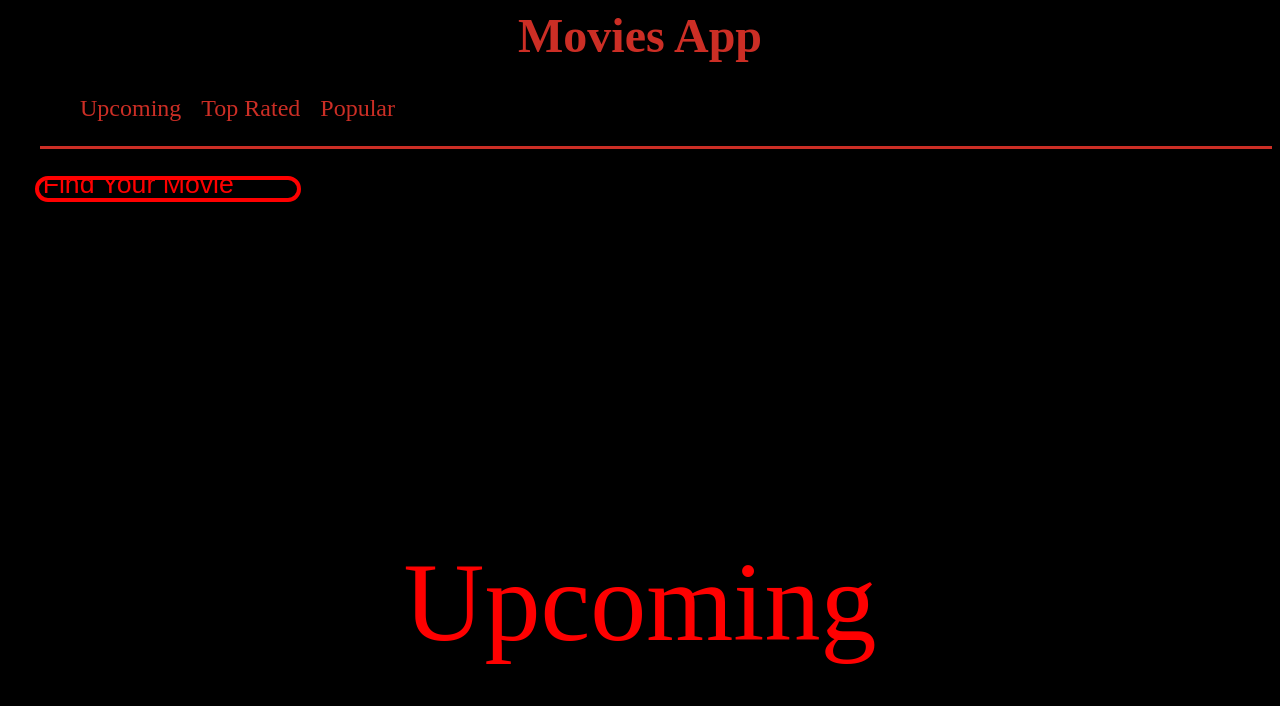
Repository: runner855/movie-app
Page: /
The author's editor kept a copy of each file at every save. The page is drawn from the files as they stood at one save, then again after the next save.
The browser window is 1280 px wide. The pictures show the whole page.
The project was rebuilt for these pictures with package versions that can differ from the ones it lists, and the page was loaded fresh each time. Also part of the build but not shown: src/styles/TopRated.css, src/components/TopRated.tsx, src/styles/Popular.css, src/api/MoviesCall.tsx, src/components/Popular.tsx.

Above is the page before, as saved 2022-11-16 18:52:08.

### src/index.tsx
import React from "react";
import ReactDOM from "react-dom/client";
import { BrowserRouter } from "react-router-dom";
import "./styles/index.css";
import { App } from "./components/App";

const root = ReactDOM.createRoot(
  document.getElementById("root") as HTMLElement
);
root.render(
  <React.StrictMode>
    <BrowserRouter>
      <App />
    </BrowserRouter>
  </React.StrictMode>
);

### src/styles/index.css
body {
  background-color: #000000;
}

code {
  font-family: source-code-pro, Menlo, Monaco, Consolas, "Courier New",
    monospace;
}

### src/components/App.tsx
import React from "react";
import "../styles/App.css";
import { BrowserRouter as Router, Routes, Route, Link } from "react-router-dom";

import { NavBar } from "../components/NavBar";
import { TopRated } from "../components/TopRated";
import { Upcoming } from "./Upcoming";
import { Popular } from "./Popular";
import { MoviesFilter } from "./MoviesFilter";

export const App = () => {
  return (
    <div className="App">
      <div className="title">Movies App</div>

      <NavBar />
      <MoviesFilter />

      <Routes>
        <Route path="/" element={<Upcoming />} />

        <Route path="/top-rated" element={<TopRated />} />
        <Route path="/popular" element={<Popular />} />
      </Routes>
    </div>
  );
};

### src/styles/App.css
.title {
  color: #cc2e25;
  text-align: center;
  font-weight: bold;
  font-size: 3em;
}

### src/components/NavBar.tsx
import * as React from "react";
import "../styles/NavBar.css";
import { Link } from "react-router-dom";

export const NavBar = () => {
  return (
    <header className="navbar">
      <nav>
        <ul>
          <li>
            <Link className="item" to="/">
              Upcoming
            </Link>
          </li>
          <li>
            <Link className="item" to="/top-rated">
              Top Rated
            </Link>
          </li>
          <li>
            <Link className="item" to="/popular">
              Popular
            </Link>
          </li>
        </ul>
      </nav>
    </header>
  );
};

### src/components/Upcoming.tsx
import React from "react";
import "../styles/Upcoming.css";

export const Upcoming = () => {
  return <div className="upcoming_page">Upcoming</div>;
};

### src/components/MoviesFilter.tsx
import React, { useState } from "react";
import "../styles/MoviesFilter.css";

export const MoviesFilter = () => {
  const [input, setInput] = useState<string>("");
  return (
    <div className="movie_search">
      <input
        className="search-input"
        type="search"
        onChange={(e) => setInput(e.target.value)}
        value={input}
        placeholder={"Find Your Movie"}
      />
    </div>
  );
};

### src/styles/NavBar.css
ul {
  text-align: left;
  list-style: none;
  font-size: 1.5em;
  display: flex;
}
ul li {
  margin-right: 20px;
  color: #cc2e25;
}

a {
  text-decoration: none;
}

a,
a:visited,
a:hover,
a:active {
  color: inherit;
}

.navbar {
  margin: 2em 0em 0em 2em;
}
a:hover {
  border-bottom: solid 3px #cc2e25;
}

.logo {
  font-weight: bold;
  font-size: 1.3em;
}

.navbar {
  border-bottom: #cc2e25 solid 0.2em;
}

### src/styles/Upcoming.css
.upcoming_page {
  color: red;
  text-align: center;
  margin-top: 3em;
  font-size: 7em;
}

### src/styles/MoviesFilter.css
.movie_search input {
  text-align: left;
  margin: 2em 0em 0em 2em;
}

input {
  border: solid red 0.3em;
  border-radius: 2em;
  background-color: #0000;
  width: 20em;
  height: 2em;
}

input::placeholder {
  color: red;
  font-size: 2em;
  padding: 2px;
}

input,
select,
textarea {
  color: #ff0000;
}

input:focus {
  outline: none !important;
}

Loaded but not shown: public/index.html (common file)

After the next save:
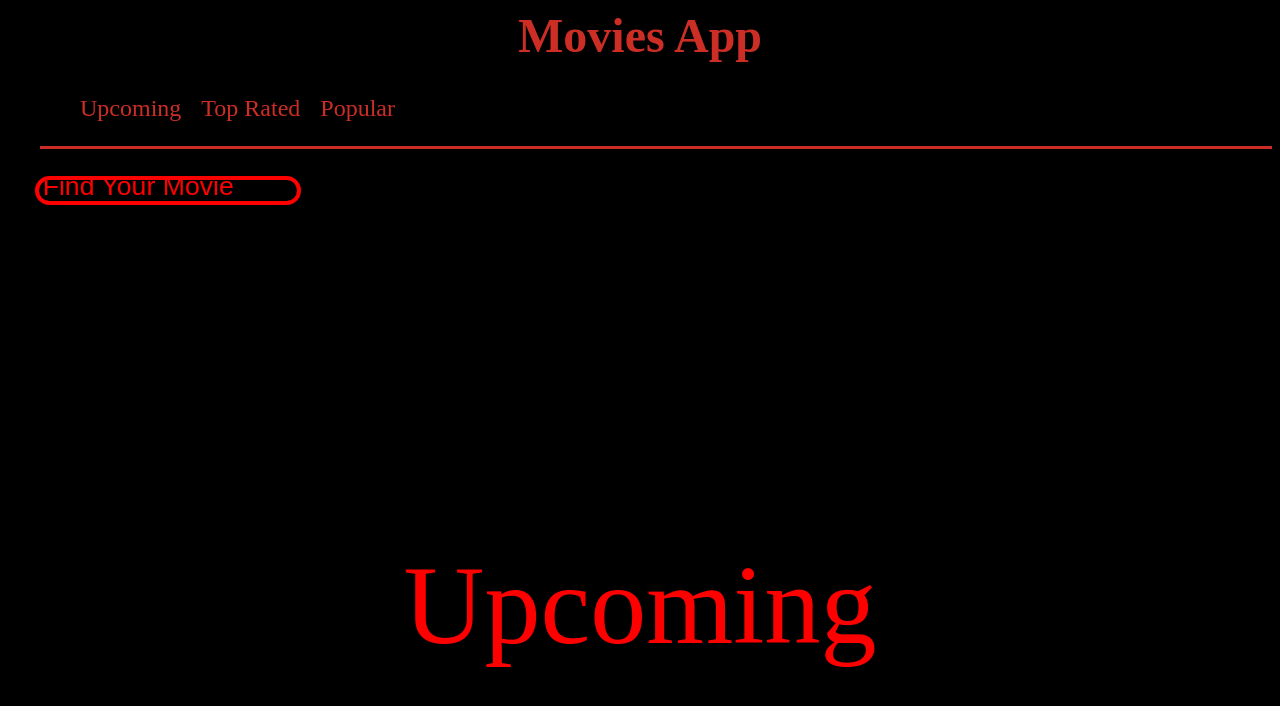
Saved 5 s later.
--- a/src/styles/MoviesFilter.css
+++ b/src/styles/MoviesFilter.css
@@ -8,7 +8,7 @@
   border-radius: 2em;
   background-color: #0000;
   width: 20em;
-  height: 2em;
+  height: 2.2em;
 }
 
 input::placeholder {
